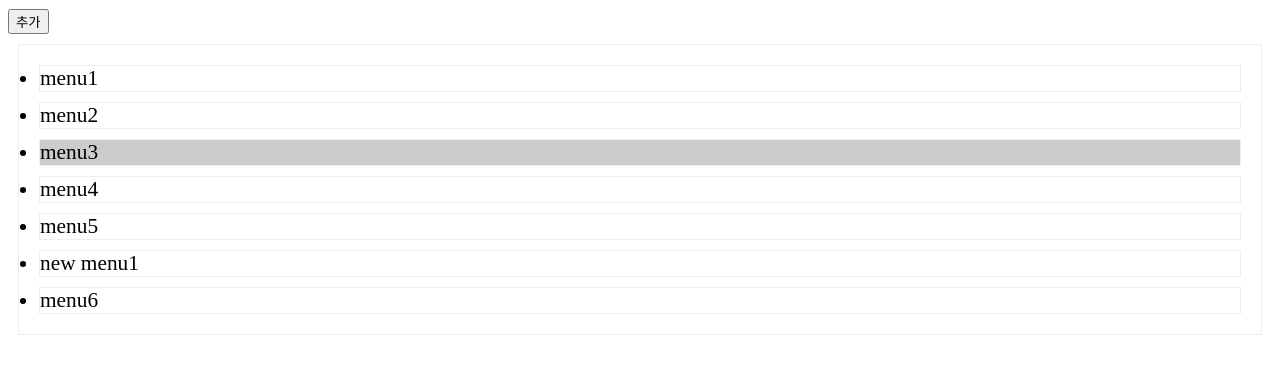
Repository: swc0516s/EZEN-JS
Page: JavaScript Workspace Lecture/JavaScript_jQuery_03/WebContent/Chapter04/4_04.html
These files come from the project's save history. The page is drawn as it stood at one moment and after the next save; the edit follows.
The browser window is 1280 px wide. The pictures show the whole page.
After loading, the first visible `#btn` was clicked once.

Above is the page before, as saved 2022-03-18 05:26:37.

After the next save:
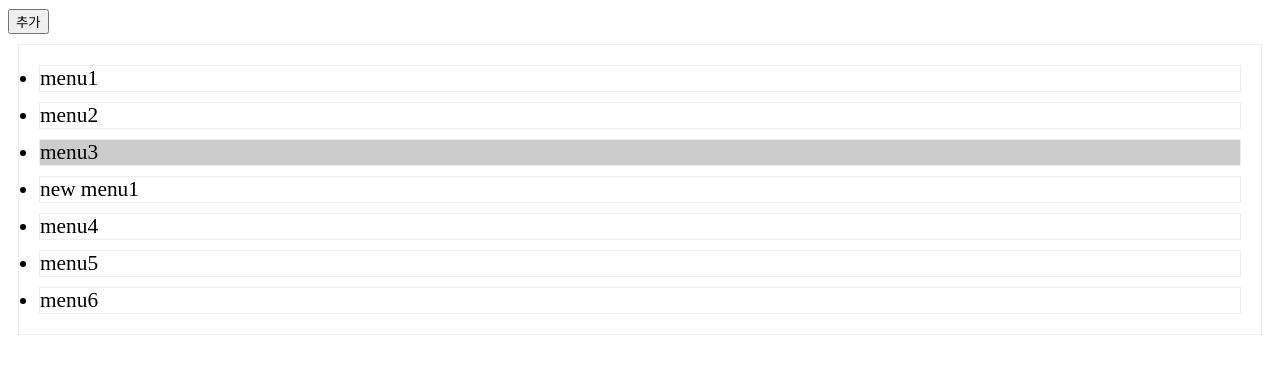
Saved 117 s later.
--- a/JavaScript Workspace Lecture/JavaScript_jQuery_03/WebContent/Chapter04/4_04.html
+++ b/JavaScript Workspace Lecture/JavaScript_jQuery_03/WebContent/Chapter04/4_04.html
@@ -31,9 +31,8 @@ li.select {
 		var count = 0;
 		$("#btn").click(function() {
 			count++;
-			var newItem = $("<li>new menu" + count + "</li>");
-			//$("ul.menu").prepend(newItem);
-			newItem.insertBefore("ul.menu li:last");
+			// 신규 노드 생성
+			$("ul.menu li.select").after("<li>new menu" + count + "</li>")
 		})
 	});
 </script>
